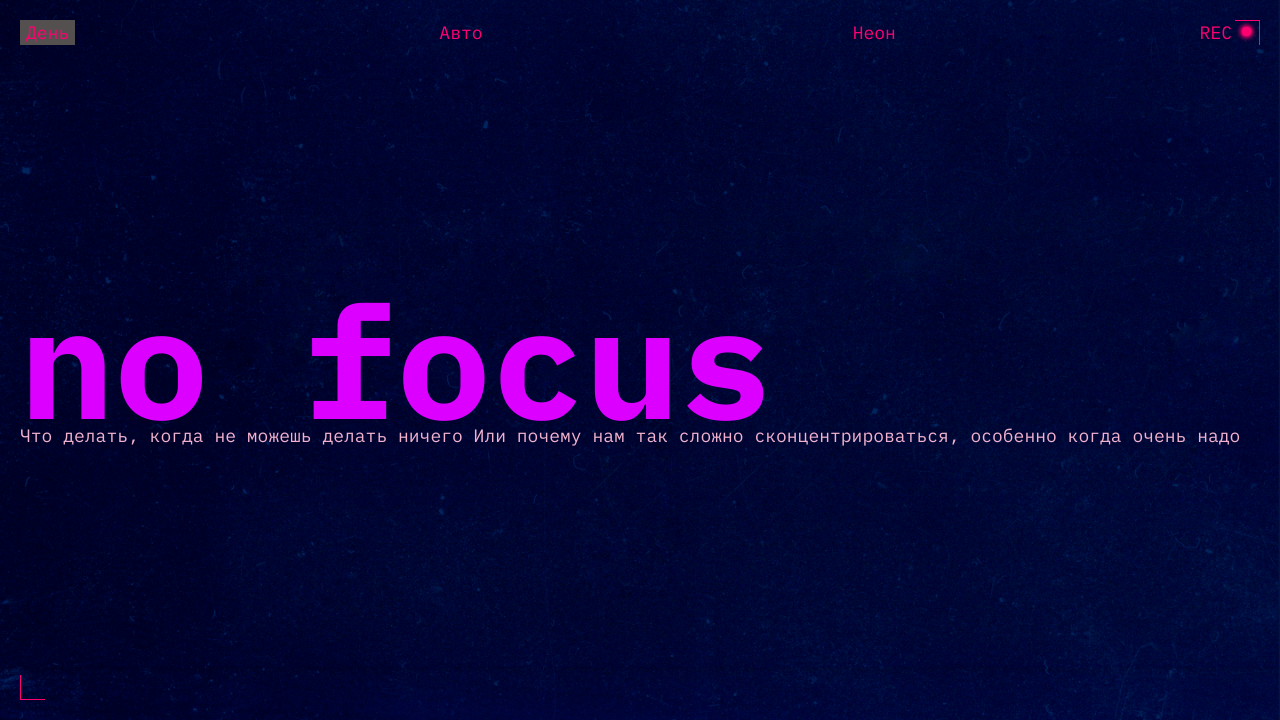
Repository: Hadoooouken/slozhno-sosredotochitsya
Page: index.html
These files come from the project's save history. The page is drawn as it stood at one moment and after a run of saves; the edit follows.
The browser window is 1280 px wide. The pictures show the whole page.
The first visible `.header__theme-menu-button` is being pressed.

Above is the page before, as saved 2024-01-20 16:58:31.

### index.html
<!DOCTYPE html>
<html lang="ru">
  <head>
    <meta charset="UTF-8" />
    <meta http-equiv="X-UA-Compatible" content="IE=edge" />
    <meta name="viewport" content="width=device-width, initial-scale=1.0" />
    <meta name="color-scheme" content="dark light">
    <link rel="icon" href="images/favicon.svg" sizes="any" />
    <link rel="stylesheet" href="fonts/fonts.css" />
    <link rel="stylesheet" href="styles/globals.css" />
    <link rel="stylesheet" href="./styles/variables.css" />
    <link rel="stylesheet" href="scripts/script.js" />
    <link rel="stylesheet" href="./styles/style.css" />
    <link rel="stylesheet" href="./styles/dark.css" />
    <link rel="stylesheet" href="./styles/light.css" />
    <title>Сложно сосредоточиться</title>
  </head>
  <body class="page">
    <header class="header decorated-zone">
      <div class="decoration__element" aria-hidden="true"></div>
      <nav class="header__theme-menu">
        <ul class="header__theme-menu-list">
          <li class="header__theme-menu-item">
            <button
              class="header__theme-menu-button header__theme-menu-button_type_light"
            >
              День
            </button>
          </li>
          <li class="header__theme-menu-item">
            <button
              class="header__theme-menu-button header__theme-menu-button_active header__theme-menu-button_type_auto"
              disabled
            >
              Авто
            </button>
          </li>
          <li class="header__theme-menu-item">
            <button
              class="header__theme-menu-button header__theme-menu-button_type_dark"
            >
              Неон
            </button>
          </li>
        </ul>
      </nav>
      <h1 class="header__title">no focus</h1>
    <p class="header__text">Что делать, когда не можешь делать ничего Или почему нам так сложно сконцентрироваться, особенно когда очень надо
      </p>

    </header>

    <script src="./scripts/script.js"></script>
  </body>
</html>

### styles/variables.css
:root {/*
  Переменные для вашего проекта
  и их переопределение под различные устройства
*/
--main-font:'IBM Plex mono';
--title-color:#DB00FF;
--subtitle-color:#000028;
--text-color: #F1B2CE;
--section-title: #FF0070;


}

### scripts/script.js
const themeButtons = document.querySelectorAll('.header__theme-menu-button');

themeButtons.forEach((button) => {
  button.addEventListener('click', () => {
    themeButtons.forEach((btn) => {
      btn.classList.remove('header__theme-menu-button_active');
      btn.removeAttribute('disabled');
    });
    if (
      [...button.classList].includes('header__theme-menu-button_type_light')
    ) {
      changeTheme('light');
    } else if (
      [...button.classList].includes('header__theme-menu-button_type_dark')
    ) {
      changeTheme('dark');
    } else {
      changeTheme('auto');
    }
    button.classList.add('header__theme-menu-button_active');
    button.setAttribute('disabled', true);
  });
});

function changeTheme(theme) {
  document.body.className = 'page';
  document.body.classList.add(`theme_${theme}`);
  localStorage.setItem('theme', theme);
}

function initTheme() {
  const theme = localStorage.getItem('theme');
  if (theme) {
    changeTheme(theme);
    themeButtons.forEach((btn) => {
      btn.classList.remove('header__theme-menu-button_active');
      btn.removeAttribute('disabled');
    });
    document
      .querySelector(`.header__theme-menu-button_type_${theme}`)
      .classList.add('header__theme-menu-button_active');
    document
      .querySelector(`.header__theme-menu-button_type_${theme}`)
      .setAttribute('disabled', true);
  }
}

initTheme();

### styles/style.css
/* Основные стили проекта. Это стили для темы, которую вы верстаете первой. */

.page {
  /* сохраните в разметке и стилях класс page. На его основе работает скрипт. */

  background-color: #000028;
  background-image: url(/images/cover-image-dark.png);
  background-attachment: fixed;
  background-position: center;
  background-size: cover;
  font-family: "IBM Plex mono";
  font-size: 18px;
}

.header {
  position: relative;
  block-size: 100vh;
  min-height: 375px;
  height: 100vh;
  padding: 20px;
  display: grid;
  grid-template-rows: 1fr min-content 1fr;


}

.decorated-zone::before {
  content: "";
  position: absolute;
  border-top: 1px solid #ff0070;
  border-right: 1px solid #ff0070;
  right: 20px;
  top: 20px;
  width: 25px;
  height: 25px;
}

.decorated-zone::after {
  content: "";
  position: absolute;
  border-bottom: 1px solid #ff0070;
  border-left: 1px solid #ff0070;
  left: 20px;
  bottom: 20px;
  width: 25px;
  height: 25px;
}
.decoration__element {
  position: absolute;
  right: 48px;
  top: 21px;
}

.decoration__element::before {
  content: "REC";
  color: #ff0070;
  font-family: inherit;

  display: inline-block;
}

.decoration__element::after {
  content: "";
  background-color: #ff0070;
  width: 9px;
  height: 9px;
  border-radius: 4px;
  display: inline-block;
  box-shadow: 0px 0px 4px 2px #ff0070;
  top: 6px;
  left: 42px;
  position: absolute;
}

.header__title {
  font-family: var(--main-font);
  font-size: clamp(7.5rem, 0.5625rem + 14.4531vw, 9.8125rem);
  text-shadow: 10px 10px 10px 10px;
  color: var(--title-color);
  line-height: 82.5%; /* 129.525px */
}

.header__text {
  color: var(--text-color);
}




.header__theme-menu-list {
  display: grid;
  grid-template-columns: 1fr 1fr 1fr;


}

.header__theme-menu-item {


}

.header__theme-menu-button {
  background-color: transparent;
  color: var(--section-title);
  border: none;

}

.header__theme-menu-button:active {
  background: #545050;
  }

### styles/dark.css
/*
  Специально для тёмной темы при наличии класса,
  здесь окажутся стили, которые нужно переопределить принудительно,
  переключая тему
*/

.page.theme_dark {
  /* сохраните этот селектор в приведённом виде.
    Так стили написанные ниже будут иметь больший вес,
    чем стили в медиазапросе предпочтений пользователя
  */
--main-font:'IBM Plex mono';
--title-color:#DB00FF;
--subtitle-color:#000028;
--text-color: #F1B2CE;
--section-title: #FF0070;

}

Loaded but not shown: fonts/fonts.css (common file); styles/globals.css (common file); styles/light.css (common file)

After the next 3 saves:
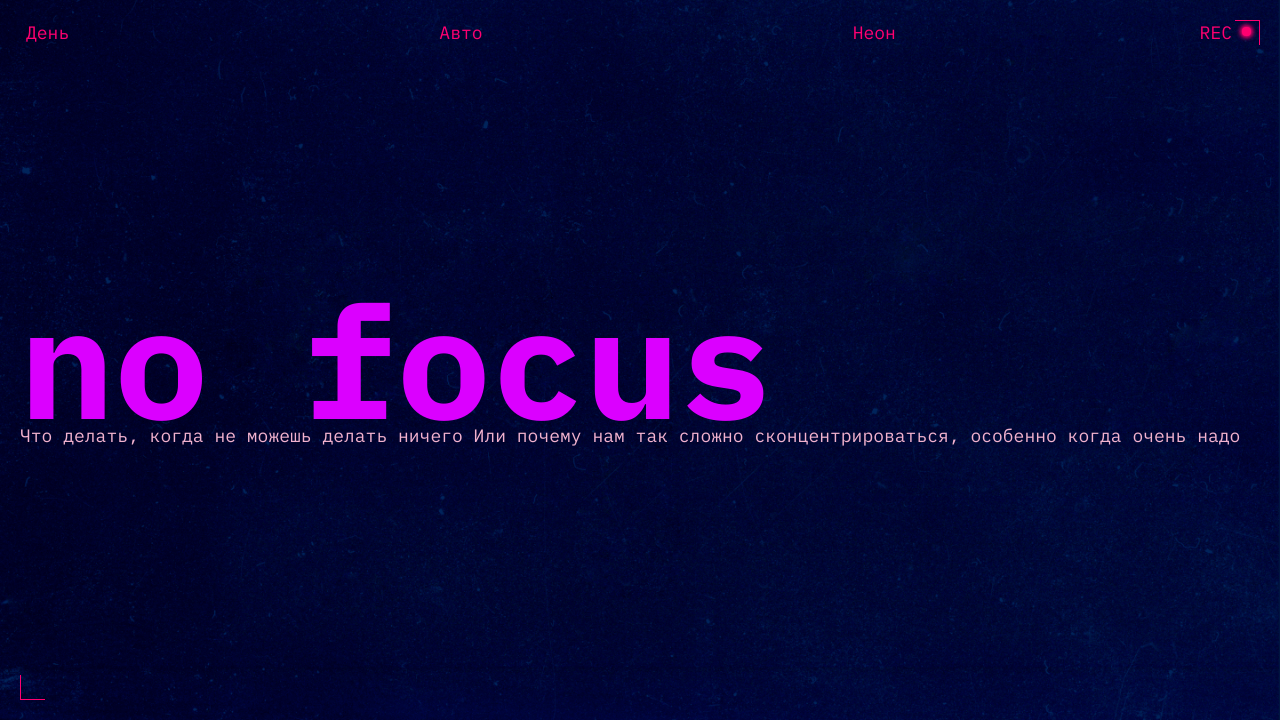
The 3 saves are shown as one change because they came seconds apart.
The last was saved 32 s later.
--- a/styles/style.css
+++ b/styles/style.css
@@ -107,5 +107,5 @@
 }
 
 .header__theme-menu-button:active {
-  background: #545050;
+  border: ;
   }
